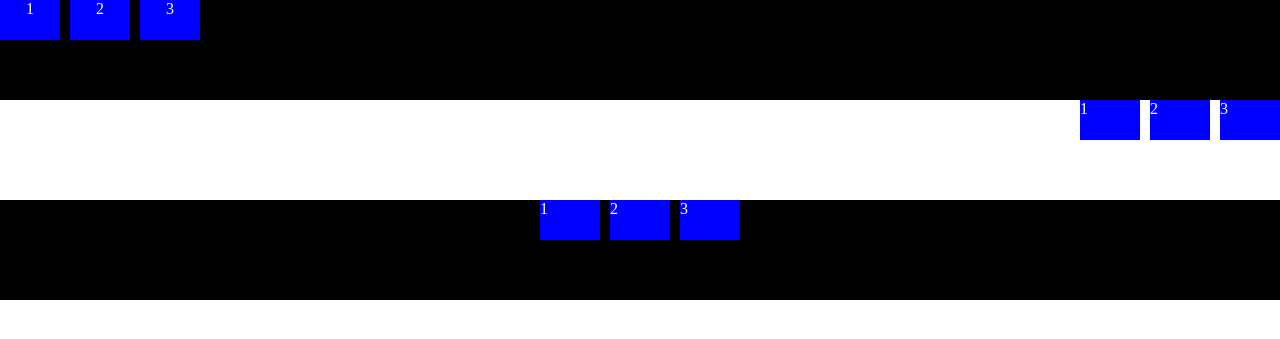
Repository: Elesion08/flexbox
Page: index.html
An editor plug-in stored every save of this project. The page is shown before and after the next save, followed by the edit.
The browser window is 1280 px wide. The pictures show the whole page.

Above is the page before, as saved 2025-04-14 11:26:36.

### index.html
<!DOCTYPE html>
<html lang="pt-br">
<head>
    <meta charset="UTF-8">
    <meta name="viewport" content="width=device-width, initial-scale=1.0">
    <title>Flexbox - AULA 04</title>
    <link rel="stylesheet" href="style.css">
</head>
<body>
    <div class="container">
        <div class="container__card1">
            <div class="box1">1</div>
            <div class="box1">2</div>
            <div class="box1">3</div>
        </div>
        <div class="container__card2">
            <div class="box2">1</div>
            <div class="box2">2</div>
            <div class="box2">3</div>
        </div>
        <div class="container__card3">
            <div class="box3">1</div>
            <div class="box3">2</div>
            <div class="box3">3</div>
        </div>
    </div>
</body>
</html>

### style.css
* {
    margin: 0;
    padding: 0;
    height: 100vh;
    width: 100%;
    box-sizing: border-box;
}

.container__card1 {
    /*Deixar os itens flexiveis em suas posições*/
    display: flex;
    /*cor de fundo da div*/
    background-color: black;
    /*Distância entre os elementos filhos*/
    gap: 10px;
    /*altura do elemento*/
    height: 100px;
}

.box1 {
    color: white;
    background-color: blue;
    height: 40px;
    width: 60px;
    /*Alinha o texto horizontalmente no centro*/
    text-align: center;
}

.container__card2 {
    display: flex;
    background-color: white;
    height: 100px;
    justify-content: flex-end;
    gap: 10px;

}

.box2 {
    color: white;
    background-color: blue;
    height: 40px;
    width: 60px;
}

.container__card3 {
    /*Deixar os itens flexiveis em suas posições*/
    display: flex;
    /*Centraliza os elementos filhos*/
    justify-content: center;
    /*cor de fundo da div*/
    background-color: black;
    /*Distância entre os elementos filhos*/
    gap: 10px;
    /*altura do elemento*/
    height: 100px;
}

.box3 {
    color: white;
    background-color: blue;
    height: 40px;
    width: 60px;
}

After the next save:
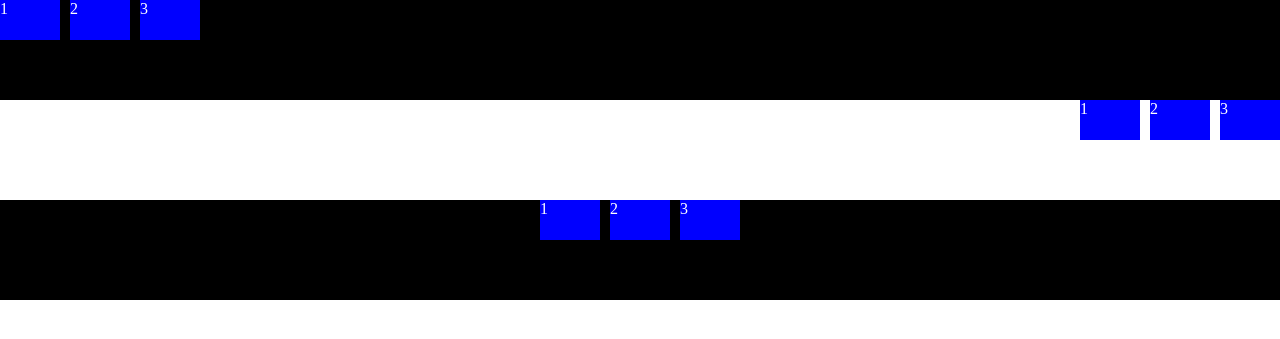
Saved 23 s later.
--- a/style.css
+++ b/style.css
@@ -22,8 +22,7 @@
     background-color: blue;
     height: 40px;
     width: 60px;
-    /*Alinha o texto horizontalmente no centro*/
-    text-align: center;
+
 }
 
 .container__card2 {

After the save that followed:
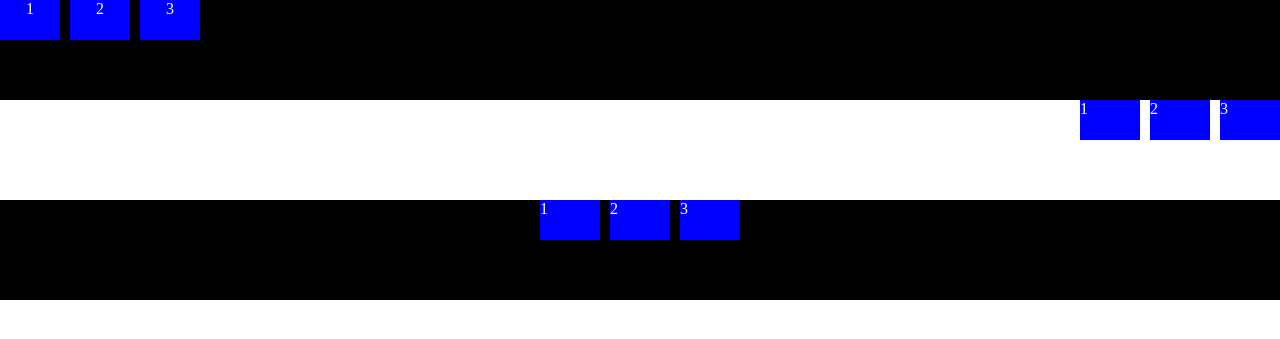
Saved 16 s later.
--- a/style.css
+++ b/style.css
@@ -18,6 +18,8 @@
 }
 
 .box1 {
+    /*Alinha o texto horizontalmente no centro*/
+    text-align: center;
     color: white;
     background-color: blue;
     height: 40px;
